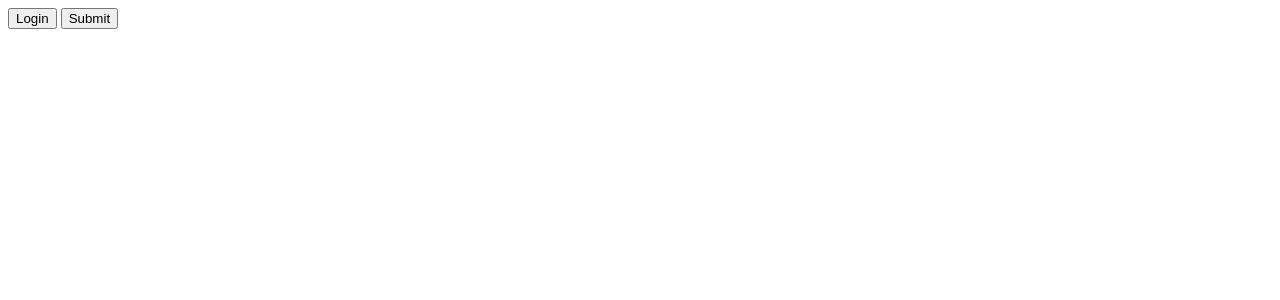
Repository: jagdishpatil18/JavaAdv
Page: LoginServlet/WebContent/login.html
An editor plug-in stored every save of this project. The page is shown before and after the next save, followed by the edit.
The browser window is 1280 px wide. The pictures show the whole page.

Above is the page before, as saved 2017-04-25 12:47:06.

### LoginServlet/WebContent/login.html
<!DOCTYPE html>
<html>
<head>
<meta charset="UTF-8">
<title>Login Page</title>
</head>
<body>
<button type="button">Login</button>
<button type="submit">Submit</button>
</body>
</html>

After the next save:
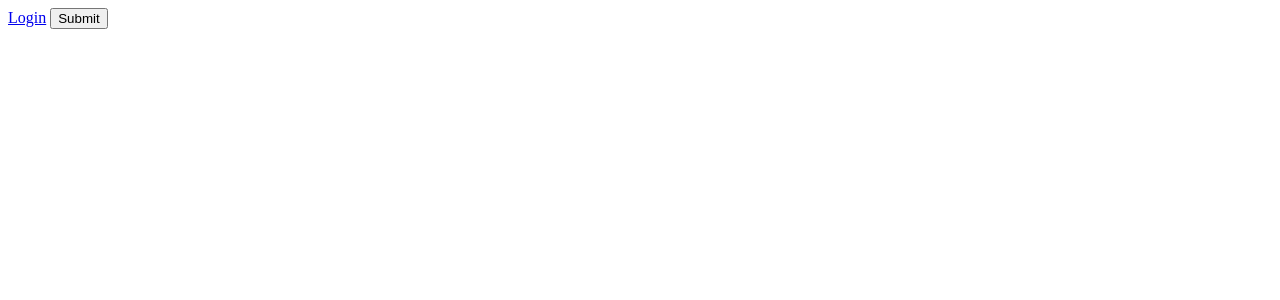
Saved 108 s later.
--- a/LoginServlet/WebContent/login.html
+++ b/LoginServlet/WebContent/login.html
@@ -5,7 +5,7 @@
 <title>Login Page</title>
 </head>
 <body>
-<button type="button">Login</button>
+<a href="signup.html">Login</a>
 <button type="submit">Submit</button>
 </body>
 </html>
